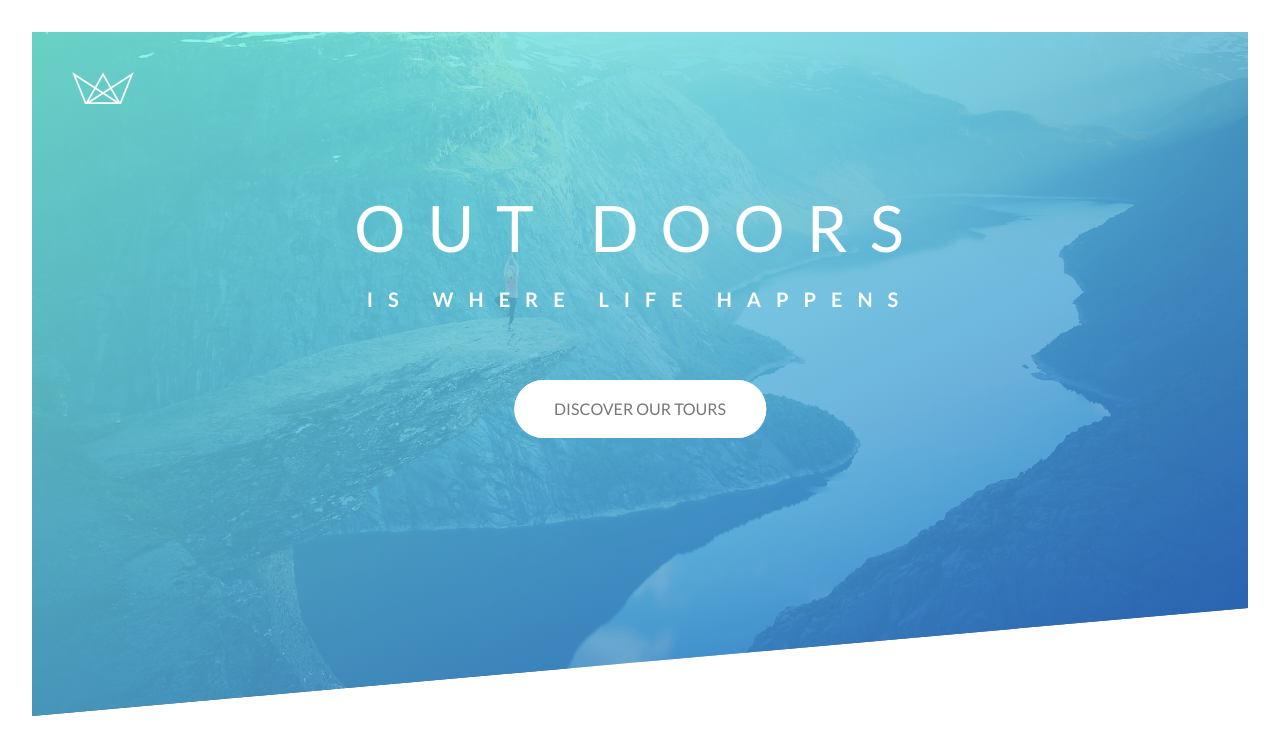
Repository: haokiet2501/natours-page
Page: index.html
The author's editor kept a copy of each file at every save. The page is drawn from the files as they stood at one save, then again after a run of saves.
The browser window is 1280 px wide. The pictures show the whole page.

Above is the page before, as saved 2022-08-05 13:18:04.

### index.html
<!DOCTYPE html>
<html lang="en">
<head>
    <meta charset="UTF-8">
    <meta http-equiv="X-UA-Compatible" content="IE=edge">
    <meta name="viewport" content="width=device-width, initial-scale=1.0">
    <link rel="shortcut icon" href="img/favicon.png" type="image/x-icon">
    <link rel="stylesheet" href="styles.css">
    <title>Natours</title>
</head>
<body>
    <header class="header">
        <div class="logo">
            <img src="img/logo-white.png" alt="Logo" class="logo-img">
        </div>
        <div class="heading">
            <h1 class="heading-text">
                <span class="heading-subtitle">
                    Out doors
                </span>
                <span class="heading-subtext">
                    is where life happens
                </span>
            </h1>

            <a href="#" class="btn btn-white btn-animate">Discover our tours</a>
        </div>
    </header>
</body>
</html>

### styles.css
@import url('https://fonts.googleapis.com/css2?family=Lato:wght@300;400;700;900&display=swap');

* {
    margin: 0;
    padding: 0;
    box-sizing: border-box;
}

:root {
    --lighten-blue: #69ffd7;
    --medium-blue: #3badd4;
    --dark-blue: #1b92c2;
}

body {
    font-family: "Lato", sans-serif;
    line-height: 1.7;
    font-weight: 400;
    font-size: 1rem;
    color: #777;
    padding: 2rem;
}

html {
    scroll-behavior: smooth;
}

.header {
    position: relative;
    height: 95vh;
    background-image: linear-gradient(
        to right bottom,
        rgba(126, 255, 232, 0.8),
        rgba(40, 107, 208, 0.8)
        ) ,url("./img/hero.jpg");
    background-size: cover;
    background-position: top;
    clip-path: polygon(0 0, 100% 0, 100% 80vh, 0 100%);
}

.logo {
    position: absolute;
    top: 2.5rem;
    left: 2.5rem;
}

.logo-img {
    height: 2rem;
}

.heading {
    position: absolute;
    top: 40%;
    left: 50%;
    transform: translate(-50%, -50%);
    text-align: center;
}

.heading-text {
    color: #fff;
    text-transform: uppercase;
    backface-visibility: hidden;

    margin-bottom: 4rem;
}

.heading-subtitle {
    display: block;
    font-size: 4rem;
    font-weight: 400;
    letter-spacing: 22px;
    animation: 1s moveLeft ease-out;
}

.heading-subtext {
    display: block;
    font-size: 20px;
    font-weight: 700;
    letter-spacing: 15px;
    animation: 1s moveRight ease-out;
}

@keyframes moveLeft{
    0% {
        opacity: 0;
        transform: translateX(-100px);
    }
    80% {
        transform: translateX(20px);
    }
    100% {
        opacity: 1;
        transform: translate(0);
    }
}

@keyframes moveRight{
    0% {
        opacity: 0;
        transform: translateX(100px);
    }
    80% {
        transform: translateX(-20px);
    }
    100% {
        opacity: 1;
        transform: translate(0);
    }
}

@keyframes moveBottom{
    0% {
        opacity: 0;
        transform: translateY(30px);
    }

    100% {
        opacity: 1;
        transform: translate(0);
    }
}

.btn:link,
.btn:visited {
    text-decoration: none;
    text-transform: uppercase;
    padding: 15px 40px;
    display: inline-block;
    border-radius: 100px;
    transition: all .2s;
    position: relative;
}

.btn:hover {
    transform: translateY(-3px);
    box-shadow: 0 10px 20px rgba(0, 0, 0, 0.2);
}

.btn:active {
    transform: translateY(-1px);
    box-shadow: 0 5px 10px rgba(0, 0, 0, 0.2);
}

.btn-white {
    background-color: #fff;
    color: #777;
}

.btn::after {
    content: "";
    display: inline-block;
    top: 0;
    left: 0;
    width: 100%;
    height: 100%;
    position: absolute;
    border-radius: 100px;
    z-index: -1;
    transition: all .4s;
}

.btn-white::after {
    background-color: #fff;
}

.btn:hover::after {
    transform: scaleX(1.4) scaleY(1.6);
    opacity: 0;
}

.btn-animate {
    animation: moveBottom .5s ease-out 0.75;
    animation-fill-mode: backwards;
}

After the next 2 saves:
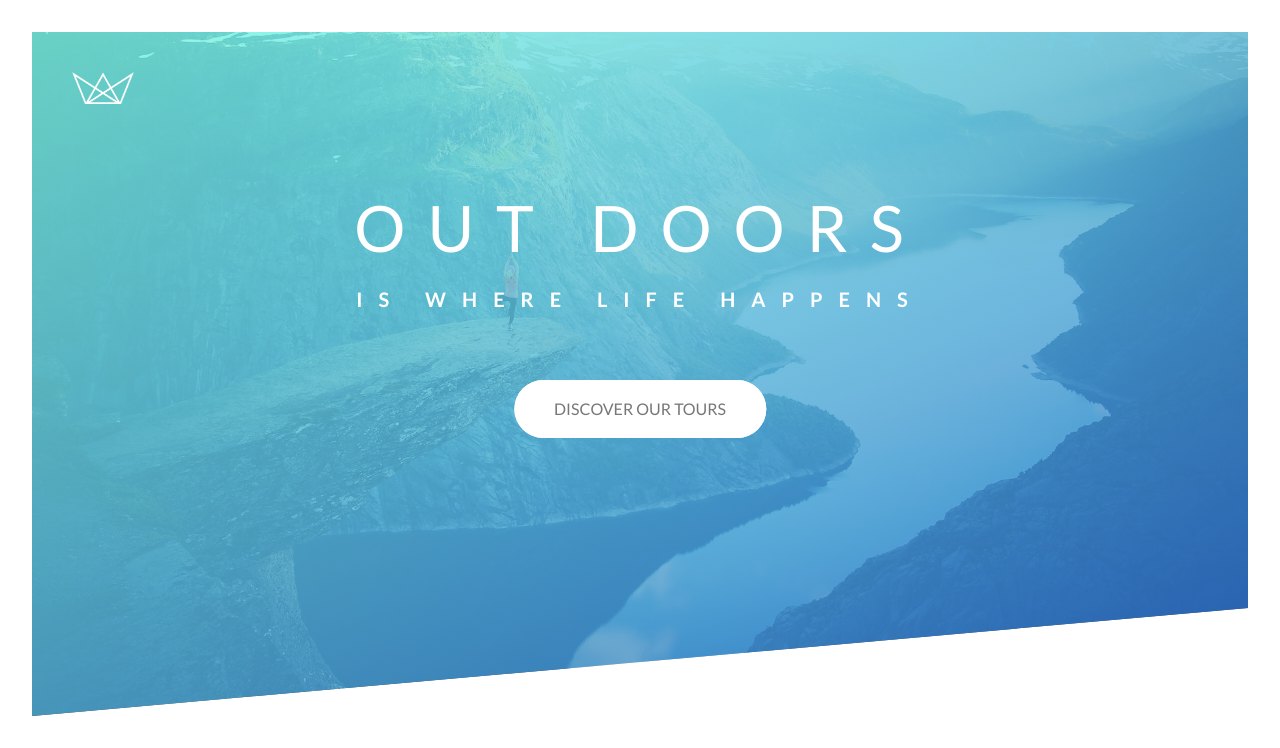
The 2 saves are shown as one change because they came seconds apart.
The last was saved 15 s later.
--- a/styles.css
+++ b/styles.css
@@ -74,9 +74,9 @@ html {
 
 .heading-subtext {
     display: block;
-    font-size: 20px;
+    font-size: 1.25rem;
     font-weight: 700;
-    letter-spacing: 15px;
+    letter-spacing: 1rem;
     animation: 1s moveRight ease-out;
 }
 
